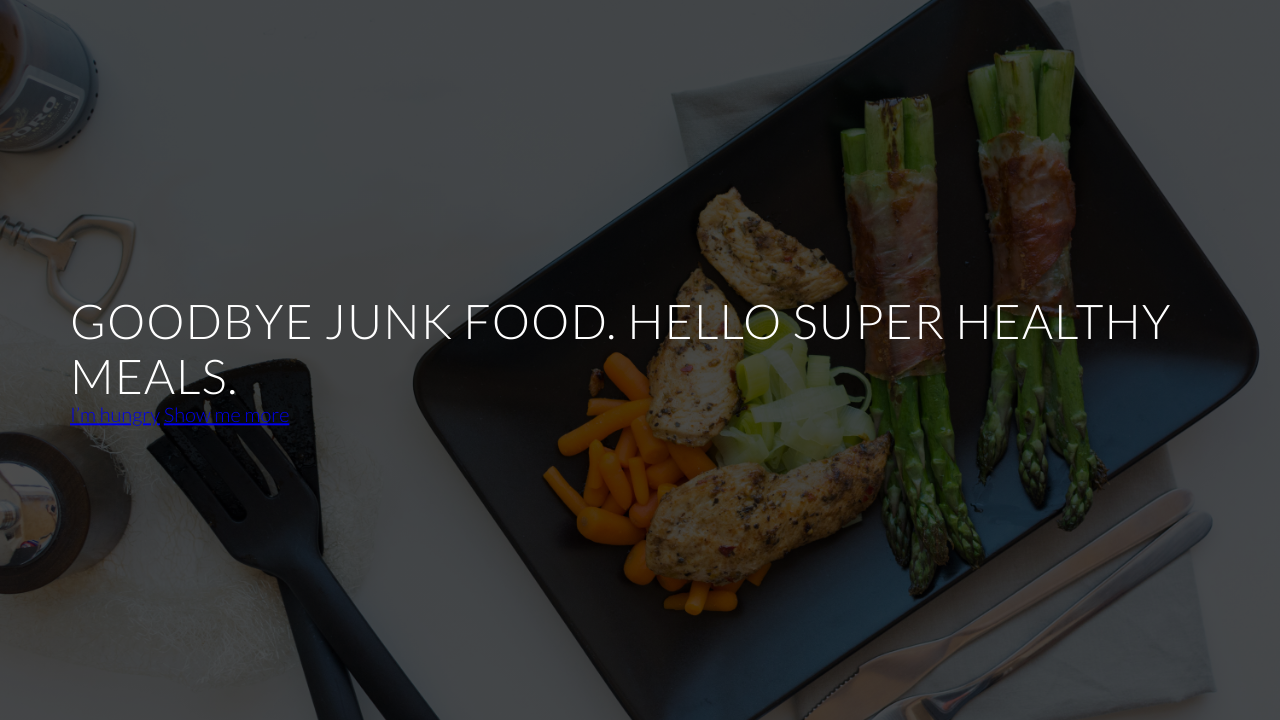
Repository: MalgorzataMazur/Omnifood
Page: index.html
These files come from the project's save history. The page is drawn as it stood at one moment and after the next save; the edit follows.
The browser window is 1280 px wide. The pictures show the whole page.

Above is the page before, as saved 2019-10-23 20:41:13.

### index.html
<!DOCTYPE html>
<html lang="en">
    <head>
        <link rel="stylesheet" href="vendors/css/normalize.css">
        <link rel="stylesheet" href="vendors/css/grid.css">
        <link rel="stylesheet" href="resources/css/style.css">
        <link href="https://fonts.googleapis.com/css?family=Lato:100,300,300i,400&display=swap" rel="stylesheet">
        <meta charset="UTF-8">
        <meta name="viewport" content="width=device-width, initial-scale=1.0">
        <meta http-equiv="X-UA-Compatible" content="ie=edge">
        <title>Omnifood</title>
    </head>
    <body>
        <header> <!-- like container to put some conetent nav, footer, main element for the main cinetent etc-->
            <div class="hero-text-box">
                <h1>Goodbye junk food. Hello super healthy meals.</h1>
                <a href="#">I’m hungry</a>
                <a href="#">Show me more</a>



            </div>
        </header>


    </body>
</html>

### resources/css/style.css
* {
    margin: 0%;
    padding: 0%;
    box-sizing: border-box;
}

html {
    background-color: #fff;
    color: #555;
    font-family: 'Lato';'Arial', sans-serif;
    font-weight: 300;
    font-size: 20px;
    text-rendering: optimizeLegibility;
}

.row {
    max-width: 1140px;
    margin: 0 auto;
}

header {
    background-image: linear-gradient(rgba(0, 0, 0, 0.705), rgba(0, 0, 0, 0.705)), url(img/hero.jpg);
    background-size: cover;
    background-position: center;
    height: 100vh;
}

.hero-text-box {
    position: absolute;
    width: 1140px;
    top: 50%;
    left: 50%;
    transform: translate(-50%,-50%);
}

h1 {
    margin: 0;
    color: #fff;
    font-size: 240%;
    font-weight: 300;
    text-transform: uppercase;
    letter-spacing: 1px;
    word-spacing: ;
}

Loaded but not shown: vendors/css/normalize.css (library); vendors/css/grid.css (library)

After the next save:
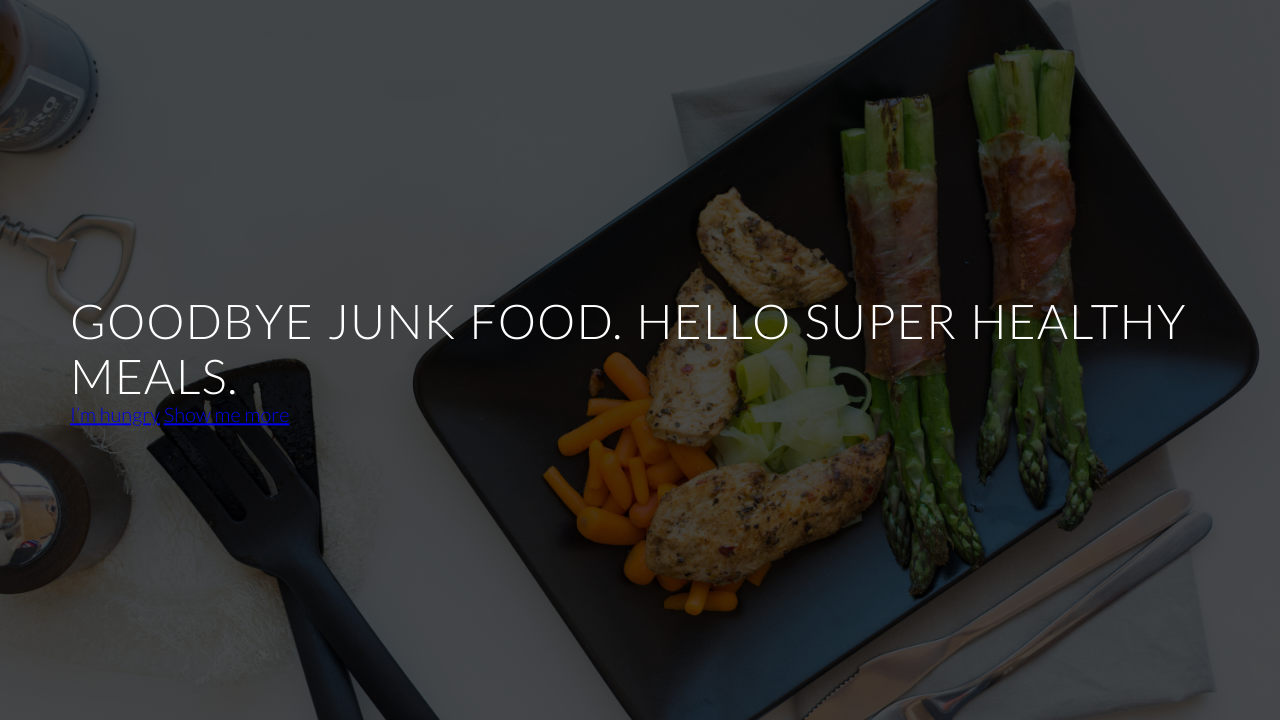
Saved 8 s later.
--- a/resources/css/style.css
+++ b/resources/css/style.css
@@ -40,5 +40,5 @@ h1 {
     font-weight: 300;
     text-transform: uppercase;
     letter-spacing: 1px;
-    word-spacing: ;
+    word-spacing: 3px;
 }
